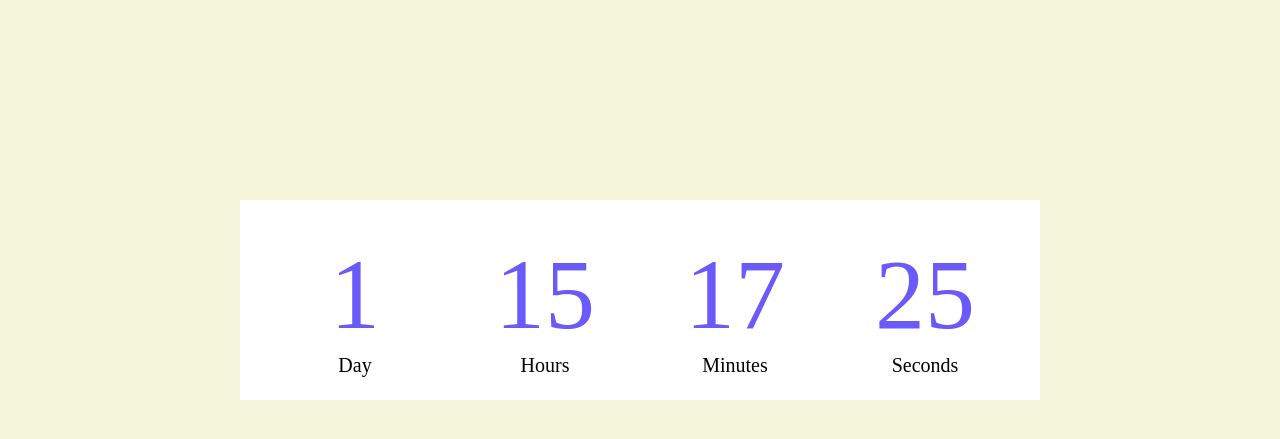
Repository: tienbkvn0605/counddown-demo
Page: index.html
The author's editor kept a copy of each file at every save. The page is drawn from the files as they stood at one save, then again after the next save.
The browser window is 1280 px wide. The pictures show the whole page.

Above is the page before, as saved 2022-10-04 23:58:58.

After the next save:
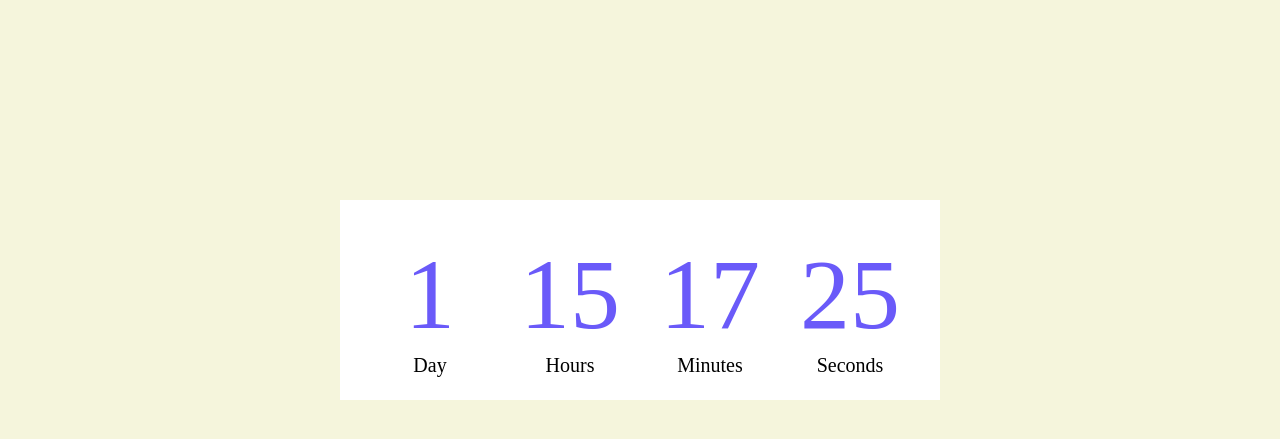
Saved 57 s later.
--- a/style.css
+++ b/style.css
@@ -5,7 +5,7 @@ ul {
   list-style: none;
 }
 .countdown {
-  width: 800px;
+  width: 600px;
   height: 200px;
   margin: 200px auto;
   background-color: white;
